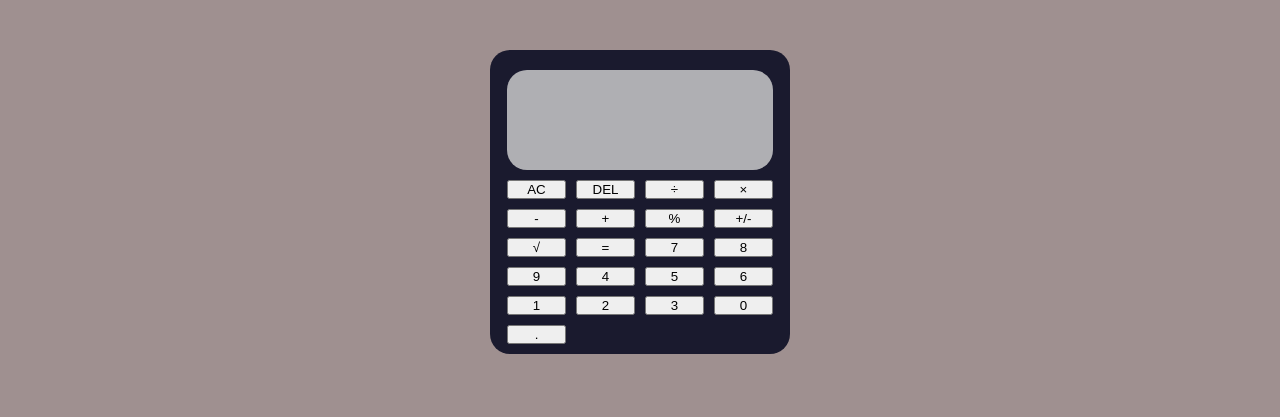
Repository: MikkyPrestige/js-calculator
Page: index.html
These files come from the project's save history. The page is drawn as it stood at one moment and after the next save; the edit follows.
The browser window is 1280 px wide. The pictures show the whole page.

Above is the page before, as saved 2023-05-08 01:12:01.

After the next save:
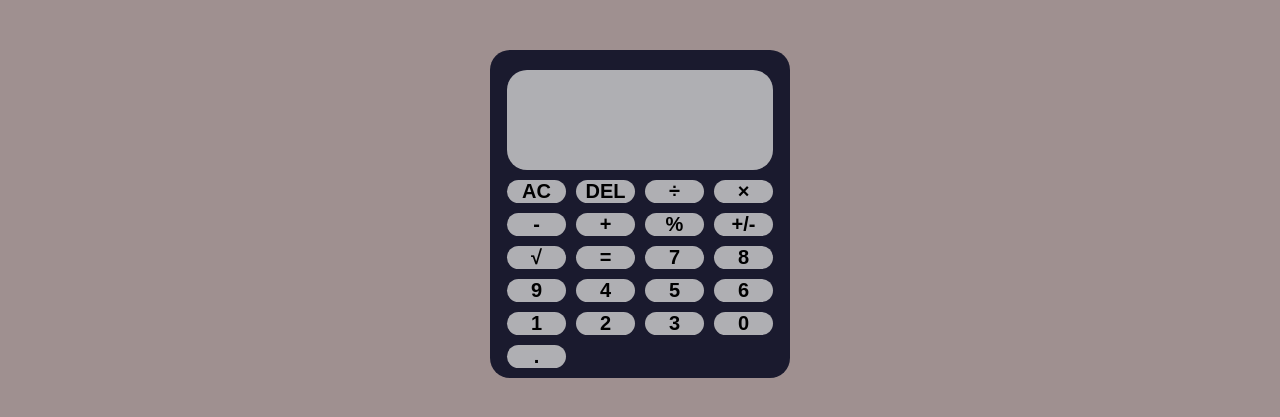
Saved 93 s later.
--- a/index.css
+++ b/index.css
@@ -81,3 +81,23 @@ main {
   width: 95%;
   height: 100%;
 }
+
+.btn {
+  background: #AFAFB3;
+  border-radius: 2rem;
+  -webkit-border-radius: 2rem;
+  -moz-border-radius: 2rem;
+  -ms-border-radius: 2rem;
+  -o-border-radius: 2rem;
+  border: none;
+  outline: none;
+  font-size: 2rem;
+  font-weight: 700;
+  color: #000;
+  cursor: pointer;
+  transition: all 0.2s ease-in-out;
+  -webkit-transition: all 0.2s ease-in-out;
+  -moz-transition: all 0.2s ease-in-out;
+  -ms-transition: all 0.2s ease-in-out;
+  -o-transition: all 0.2s ease-in-out;
+}
